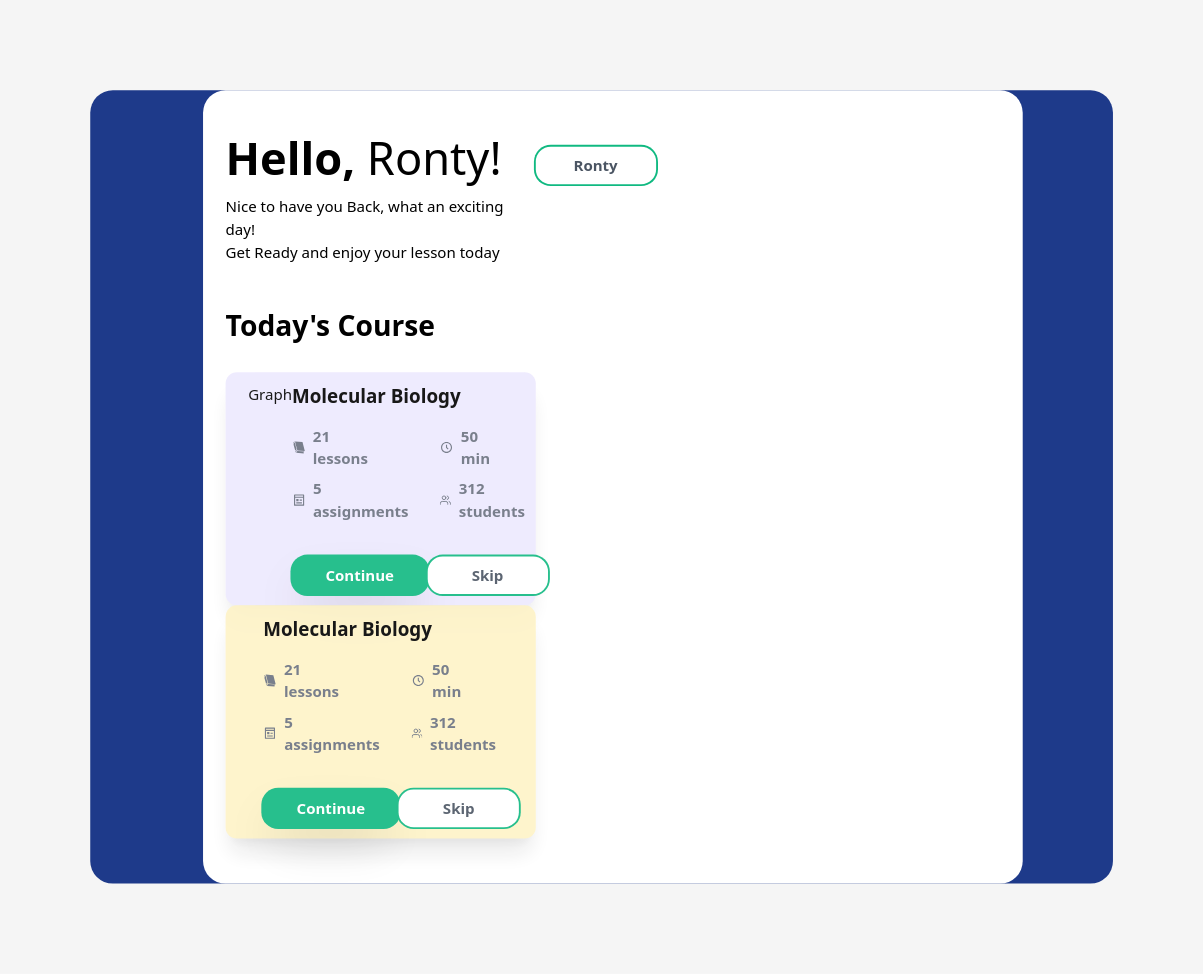
Repository: coolronts/Vite-Tailwind
Page: /
These files come from the project's save history. The page is drawn as it stood at one moment and after the next save; the edit follows.
The browser window is 1280 px wide. The pictures show the whole page, at 94% of full size.
The project was rebuilt for these pictures with package versions that can differ from the ones it lists, and the page was loaded fresh each time. Also part of the build but not shown: vite.config.js.

Above is the page before, as saved 2021-11-26 13:57:01.

### src/App.jsx
import './App.css'

import {Course, Intro} from './Section'
import { PrimaryButton, SecondaryButton } from './components/Button'

import Class from './Section/Class'
import {PrimaryCard} from './components/Card'
import SplitScreen from './components/SplitScreen'

function App() {

  return (

    <div className="App ">
      <div className="pl-6 bg-blue-900 m-24 rounded-3xl">
      <div className="bg-white my-12 mx-24 rounded-3xl px-6 py-12">
      <SplitScreen leftWeight = 'w-2/5'>
        <div id="left">
          <Intro/>
          <div id="course">
            <p className="text-3xl font-bold  font-sans mb-8">Today's Course</p>
            <PrimaryCard>
              <Course/>
            </PrimaryCard>
            <PrimaryCard color="yellow">
              <Class/>
            </PrimaryCard>
          </div>
        </div>

        <div id="right">
          <SecondaryButton name="Ronty"/>
        </div>


        </SplitScreen>
        </div>
      </div>
      </div>
  )
}

export default App

### src/Section/index.js
import Course from "./Course";
import Intro from "./Intro";

export { Intro, Course };

### src/components/Button/index.jsx
import React from 'react'

export const PrimaryButton = ({name}) =>{
  return (
    <button className="bg-green-500 w-36 py-2 ring-2 ring-green-500 text-white text-md font-semibold shadow-2xl rounded-2xl mt-3">
      {name}
    </button>
  )
}

export const SecondaryButton = ({name}) =>{
  return (
    <button className="bg-white w-32 py-2 ring-2 ring-green-500 text-gray-600 text-md font-semibold  rounded-2xl mt-3">
      {name}
    </button>
  )
}

### src/Section/Class/index.jsx
import {PrimaryButton, SecondaryButton} from '../../components/Button'

import { BiTimeFive } from 'react-icons/bi'
import {FiUsers} from 'react-icons/fi'
import { GiWhiteBook } from 'react-icons/gi'
import React from 'react'
import { RiPagesLine } from 'react-icons/ri'
import SplitScreen from '../../components/SplitScreen'

export default function Class({
  course = "Molecular Biology",
  lessons = "21",
  assignments = "5",
  time = "50",
  students = "312"
}) {
  return (
    <SplitScreen leftWeight = 'w-1/3 mr-4' rightWeight = 'w-full'>
      <div id="left" className="flex flex-col justify-center h-full ">
        <img className="rounded-2xl" src="data:[embedded picture, 7543 characters]" alt=""/>
      </div>
      <div id="right">
        <h4 className="font-bold text-xl mb-4">{course}</h4>
        <div className="flex flex-col w-5/6">
          <div className="flex  text-gray-500 font-semibold mb-2">
            <p className="flex items-center mr-16"> <GiWhiteBook className="mr-2"/>  {lessons} lessons</p>
            <p className="flex items-center"> <BiTimeFive className="mr-2"/>  {time} min</p>
          </div>
          <div className="flex  text-gray-500 font-semibold text-left">
            <p className="flex items-center mr-8"> <RiPagesLine className="mr-2"/>  {assignments} assignments</p>
            <p className="flex items-center"> <FiUsers className="mr-2"/>  {students} students</p>
          </div>
        </div>
        <div className="flex justify-around mt-6">
          <PrimaryButton name="Continue" />
          <SecondaryButton name="Skip" />
        </div>
      </div>
    </SplitScreen>
  )
}

### src/components/Card/index.jsx
import React from 'react'

export const PrimaryCard =({children, color="purple"}) => {
  return (
    <div className={`bg-${color}-100 py-3 px-6 rounded-xl shadow-xl opacity-90`}>
      {children}
    </div>
  )
}

### src/components/SplitScreen/index.jsx
import PropTypes from 'prop-types'
import React from "react"
import tw from "tailwind-styled-components"

const Container = tw.div`${(props) => props.weight}`;

const Pane = tw.div`${(props) => props.weight}`;

const SplitScreen = ({
	children,
	containerWeight = 'flex w-full',
  leftWeight = 'w-1/2',
	rightWeight = 'w-1/2',
}) => {
	const [left, right] = children;
	return (
		<Container className={containerWeight}>
			<Pane className={leftWeight}>
				{left}
			</Pane>
			<Pane className={rightWeight}>
				{right}
			</Pane>
		</Container>
	);
}

export default SplitScreen

SplitScreen.propTypes = {
	children: PropTypes.arrayOf(PropTypes.node).isRequired,
	containerWeight: PropTypes.string,
	leftWeight: PropTypes.string,
	rightWeight: PropTypes.string,
}

### src/Section/Course/index.jsx
import {PrimaryButton, SecondaryButton} from '../../components/Button'

import {BiTimeFive} from 'react-icons/bi'
import {FiUsers} from 'react-icons/fi'
import { GiWhiteBook } from 'react-icons/gi'
import React from 'react'
import { RiPagesLine } from 'react-icons/ri'
import SplitScreen from '../../components/SplitScreen'

export default function Course({
  course = "Molecular Biology",
  lessons = "21",
  assignments = "5",
  time = "50",
  students = "312"
}) {
  return (
    <SplitScreen leftWeight = 'w-1/5' rightWeight = 'w-full'>
      <div id="left">
        Graph
      </div>
      <div id="right">
        <h4 className="font-bold text-xl mb-4">{course}</h4>
        <div className="flex flex-col w-5/6">
          <div className="flex  text-gray-500 font-semibold mb-2">
            <p className="flex items-center mr-16"> <GiWhiteBook className="mr-2"/>  {lessons} lessons</p>
            <p className="flex items-center"> <BiTimeFive className="mr-2"/>  {time} min</p>
          </div>
          <div className="flex  text-gray-500 font-semibold text-left">
            <p className="flex items-center mr-8"> <RiPagesLine className="mr-2"/>  {assignments} assignments</p>
            <p className="flex items-center"> <FiUsers className="mr-2"/>  {students} students</p>
          </div>
        </div>
        <div className="flex justify-around mt-6">
          <PrimaryButton name="Continue" />
          <SecondaryButton name="Skip" />
        </div>
      </div>
    </SplitScreen>
  )
}

### src/Section/Intro/index.jsx
import React from 'react'

export default function Intro({name}) {
  return (
    <div className="mb-12">
      <h3 className="text-5xl font-sans font-bold mb-4">Hello, <span className="font-light">Ronty!</span> </h3>
      <div className="font-semibold tracking-wide text-gray-500">

      </div>
      <h5>Nice to have you Back, what an exciting day!</h5>
      <h5>Get Ready and enjoy your lesson today</h5>
    </div>
  )
}

Loaded but not shown: index.html (common file); src/main.jsx (common file); src/index.css (common file); src/App.css (common file); tailwind.config.js (common file)

After the next save:
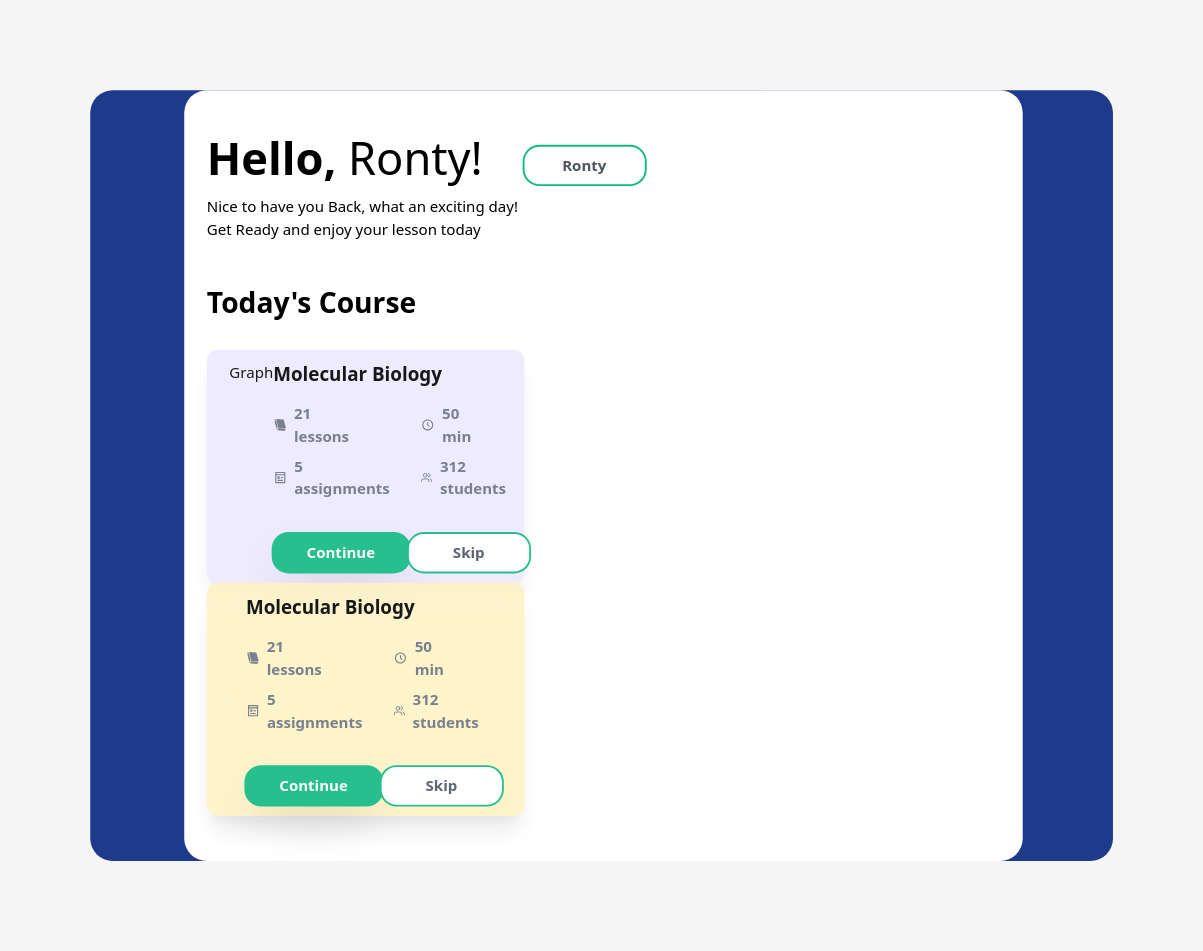
Saved 4 s later.
--- a/src/App.jsx
+++ b/src/App.jsx
@@ -12,7 +12,7 @@ function App() {
   return (
 
     <div className="App ">
-      <div className="pl-6 bg-blue-900 m-24 rounded-3xl">
+      <div className="pl-1 bg-blue-900 m-24 rounded-3xl">
       <div className="bg-white my-12 mx-24 rounded-3xl px-6 py-12">
       <SplitScreen leftWeight = 'w-2/5'>
         <div id="left">
